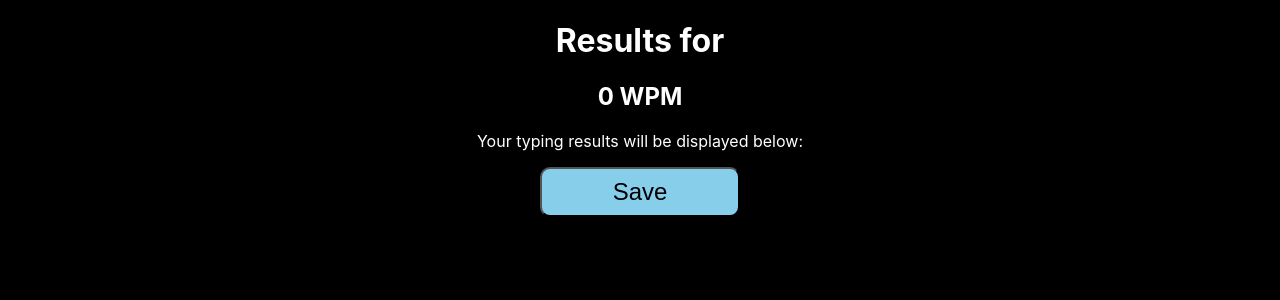
Repository: abhaysharma20233009/swiftKey
Page: /results (app in frontend/my-app/)
The author's editor kept a copy of each file at every save. The page is drawn from the files as they stood at one save, then again after the next save.
The browser window is 1280 px wide. The pictures show the whole page.
The page's requests for data from a server got no answer. The project was rebuilt for these pictures with package versions that can differ from the ones it lists, and the page was loaded fresh each time. No one was signed in, and anything a server would have sent is missing. Also part of the build but not shown: frontend/my-app/src/Swifts.js, frontend/my-app/src/Login.js.

Above is the page before, as saved 2024-10-10 18:48:12.

After the next save:
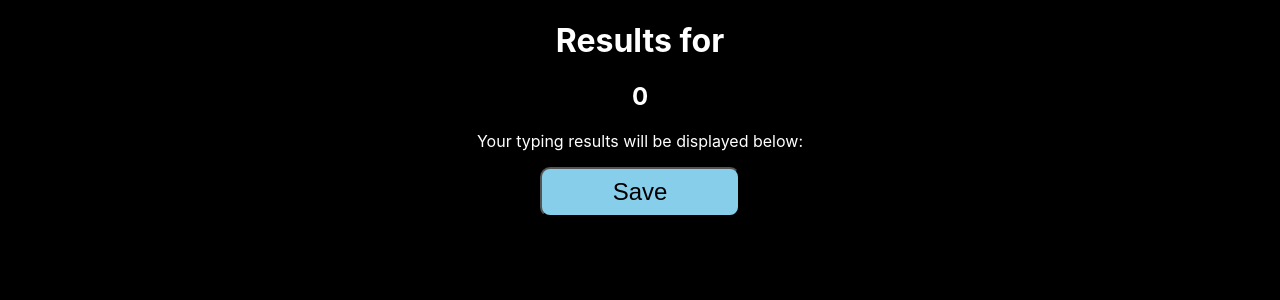
Saved 13 s later.
--- a/frontend/my-app/src/Results.js
+++ b/frontend/my-app/src/Results.js
@@ -4,7 +4,7 @@ import { useLocation } from 'react-router-dom';
 function Results() {
     const [info, setInfo] = useState([]);
     const location = useLocation();
-    const wordTyped = location.state?.currentWordIndex || 0; // Get currentWordIndex from state
+    const wordTyped = location.state?.wordTyped || 0; // Get currentWordIndex from state
     const username = location.state?.username || '';
     const email=location.state?.email||'';
     const fetchUser = async () => {
@@ -60,7 +60,7 @@ function Results() {
     return (
         <div style={{ textAlign: 'center', marginTop: '20px' }}>
             <h1>Results for {username}</h1> {/* Display username here */}
-            <h2>{wordTyped*60/30} WPM</h2>
+            <h2>{wordTyped}</h2>
             <p>Your typing results will be displayed below:</p>
             <ul>
                 {info.map((msg) => (
